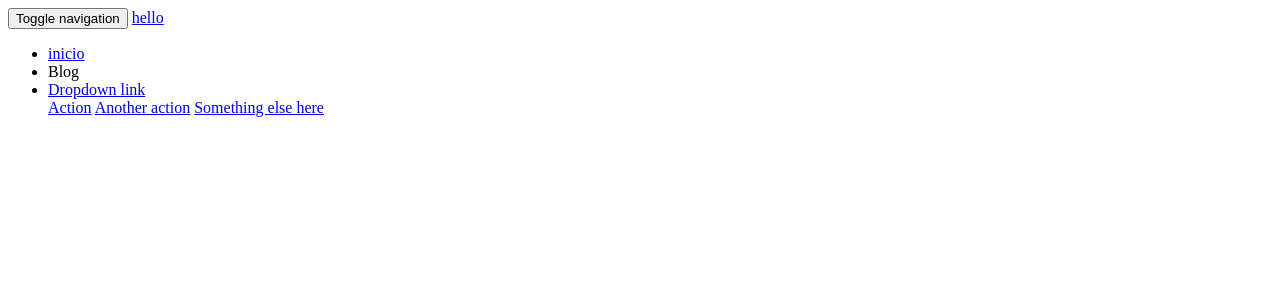
Repository: anamariagr/hello-blog
Page: hello_blog_angular/app/views/menu.html
The author's editor kept a copy of each file at every save. The page is drawn from the files as they stood at one save, then again after the next save.
The browser window is 1280 px wide. The pictures show the whole page.

Above is the page before, as saved 2021-12-16 18:56:17.

### hello_blog_angular/app/views/menu.html

  <div class="header" ng-controller = "MenuCtrl as menu">

    <div class="navbar navbar-default" role="navigation">
      <div class="container">
        <div class="navbar-header">

          <button type="button" class="navbar-toggle collapsed" data-toggle="collapse" data-target="#js-navbar-collapse">
            <span class="sr-only">Toggle navigation</span>
            <span class="icon-bar"></span>
            <span class="icon-bar"></span>
            <span class="icon-bar"></span>
          </button>

          <a class="navbar-brand" href="#/">hello</a>
        </div>

        <div class="collapse navbar-collapse" id="js-navbar-collapse">

          <ul class="nav navbar-nav">
            <li ng-class="{active : menu.isActive('/')}"><a href="#!/">inicio</a></li>
            <li ng-class="{active : menu.isActive('/about')}"><a ng-href="#!/about">Blog</a></li>
            <li>
              <div class="dropdown show">
                <a class="btn btn-secondary dropdown-toggle" href="#" role="button" id="dropdownMenuLink" data-toggle="dropdown" aria-haspopup="true" aria-expanded="false">
                  Dropdown link
                </a>

                <div class="dropdown-menu" aria-labelledby="dropdownMenuLink">
                  <a class="dropdown-item" href="#">Action</a>
                  <a class="dropdown-item" href="#">Another action</a>
                  <a class="dropdown-item" href="#">Something else here</a>
                </div>
              </div>
            </li>
          </ul>


        </div>
      </div>
    </div>

</div>

After the next save:
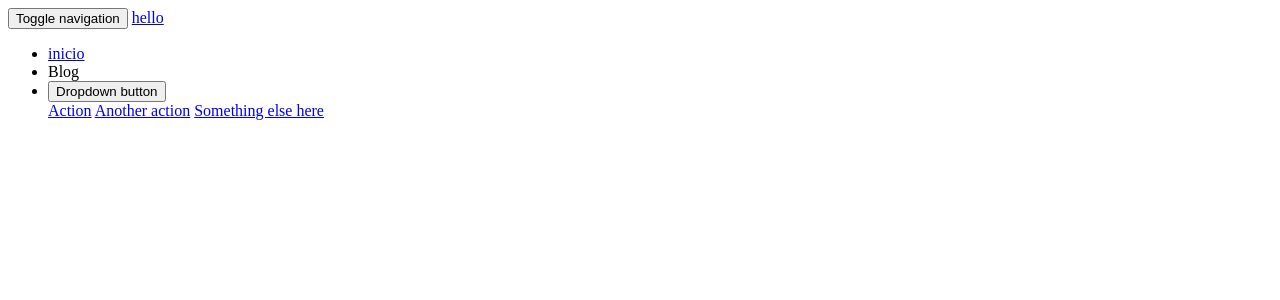
Saved 15 s later.
--- a/hello_blog_angular/app/views/menu.html
+++ b/hello_blog_angular/app/views/menu.html
@@ -21,12 +21,11 @@
             <li ng-class="{active : menu.isActive('/')}"><a href="#!/">inicio</a></li>
             <li ng-class="{active : menu.isActive('/about')}"><a ng-href="#!/about">Blog</a></li>
             <li>
-              <div class="dropdown show">
-                <a class="btn btn-secondary dropdown-toggle" href="#" role="button" id="dropdownMenuLink" data-toggle="dropdown" aria-haspopup="true" aria-expanded="false">
-                  Dropdown link
-                </a>
-
-                <div class="dropdown-menu" aria-labelledby="dropdownMenuLink">
+              <div class="dropdown">
+                <button class="btn btn-secondary dropdown-toggle" type="button" id="dropdownMenuButton" data-toggle="dropdown" aria-haspopup="true" aria-expanded="false">
+                  Dropdown button
+                </button>
+                <div class="dropdown-menu" aria-labelledby="dropdownMenuButton">
                   <a class="dropdown-item" href="#">Action</a>
                   <a class="dropdown-item" href="#">Another action</a>
                   <a class="dropdown-item" href="#">Something else here</a>
